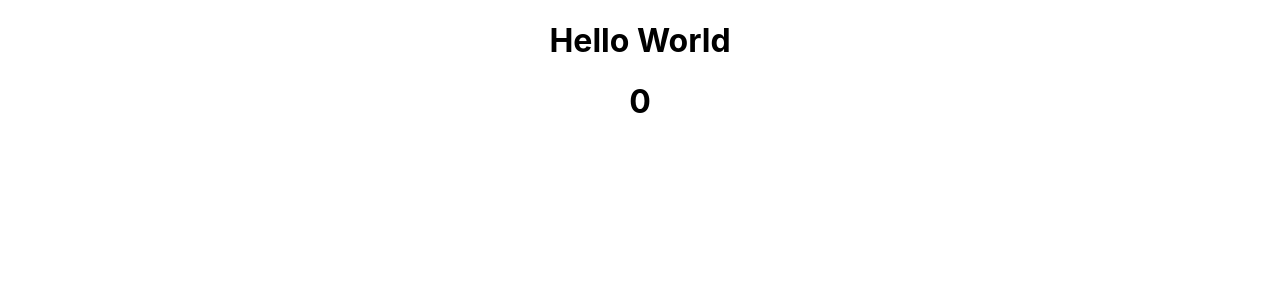
Repository: DeepikaSuretek/React
Page: / (app in practice-app/)
An editor plug-in stored every save of this project. The page is shown before and after a run of saves, followed by the edit.
The browser window is 1280 px wide. The pictures show the whole page.
The project was rebuilt for these pictures with package versions that can differ from the ones it lists, and the page was loaded fresh each time.

Above is the page before, as saved 2024-07-08 19:25:04.

### practice-app/src/App.js
import './App.css';
//import User from './class-component/class';
import User from './functional-component/function'

function App() {
  return (
    <div className="App">
     <h1>Hello World</h1>
     <User />
    </div>
  );
}

export default App;

### practice-app/src/App.css
.App {
  text-align: center;
}

.App-logo {
  height: 40vmin;
  pointer-events: none;
}

@media (prefers-reduced-motion: no-preference) {
  .App-logo {
    animation: App-logo-spin infinite 20s linear;
  }
}

.App-header {
  background-color: #282c34;
  min-height: 100vh;
  display: flex;
  flex-direction: column;
  align-items: center;
  justify-content: center;
  font-size: calc(10px + 2vmin);
  color: white;
}

.App-link {
  color: #61dafb;
}

@keyframes App-logo-spin {
  from {
    transform: rotate(0deg);
  }
  to {
    transform: rotate(360deg);
  }
}

.loader{
  height: 100px;
  width: 100px;
  border: 8px solid;
  border-color: black black black red;
  border-radius: 50%;
  animation: App-logo-spin 2s linear infinite;
}

### practice-app/src/functional-component/function.js
import { useState } from "react";

function User() {
    const [count,setCount] = useState(0);
    return(
        <h1>{count} </h1>
    )
}

export default User;

Loaded but not shown: practice-app/public/index.html (common file); practice-app/src/index.js (common file); practice-app/src/index.css (common file); practice-app/src/reportWebVitals.js (common file)

After the next 4 saves:
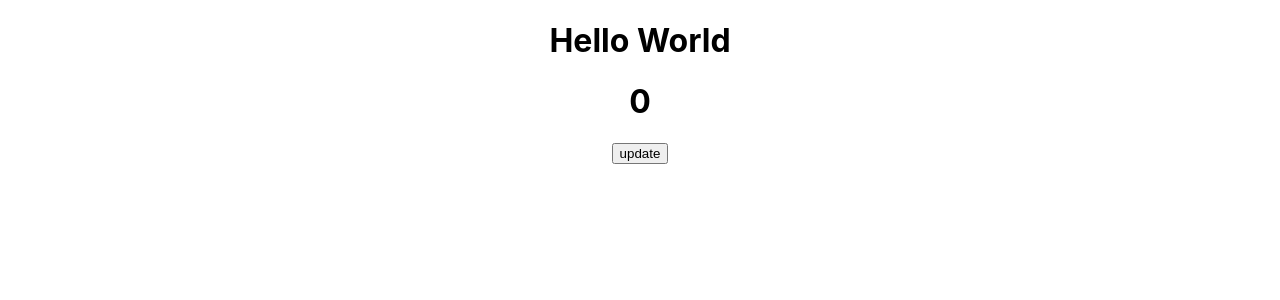
The 4 saves are shown as one change because 3 did not build or start.
The last was saved 3 min 5 s later.
--- a/practice-app/src/functional-component/function.js
+++ b/practice-app/src/functional-component/function.js
@@ -2,8 +2,15 @@ import { useState } from "react";
 
 function User() {
     const [count,setCount] = useState(0);
+    function updateCount(){
+       setCount({count:2})
+    }
     return(
-        <h1>{count} </h1>
+        <div>
+            <h1>{count} </h1>
+            <button onClick={()=>updateCount()}>update</button>
+        </div>
+
     )
 }
 
